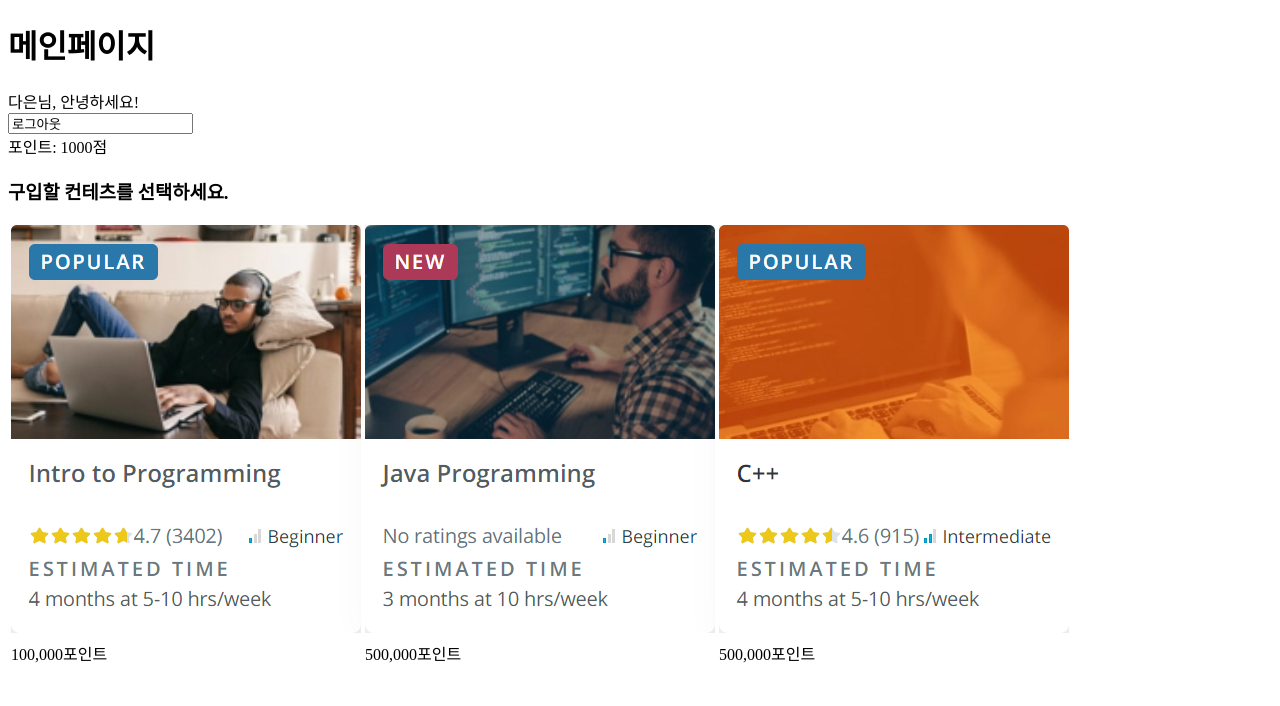
Repository: euniiee/test11
Page: http://localhost/Project/main.jsp
An editor plug-in stored every save of this project. The page is shown before and after the next save, followed by the edit.
The browser window is 1280 px wide. The pictures show the whole page.
The page is served by Tomcat 9. Other server files are loaded and not shown.

Above is the page before, as saved 2023-02-01 02:19:43.

### Project/WebContent/main.jsp
<%@ page language="java" contentType="text/html; charset=UTF-8"
    pageEncoding="UTF-8"%>
<!DOCTYPE html>
<html>
<head>
<meta charset="UTF-8">
<title>Insert title here</title>
</head>
<body>
<div>
	<header>
		<h1>메인페이지</h1>
		<div>
			<div>
				<div>다은님, 안녕하세요!</div>
				<input value="로그아웃">
			</div>
			<div>포인트: 1000점 </div>
		</div>
	</header>
	<h3>구입할 컨테츠를 선택하세요.</h3>
	<table>
		<tr>
			<td><img src="Intro_350_408.png"></td>
			<td><img src="Java_350_408.png"></td>
			<td><img src="Cpp_350_408.png"></td>
		</tr>
		<tr>
			<td>100,000포인트</td>
			<td>500,000포인트</td>
			<td>500,000포인트</td>
		</tr>
	</table>
</div>
</body>
</html>

After the next save:
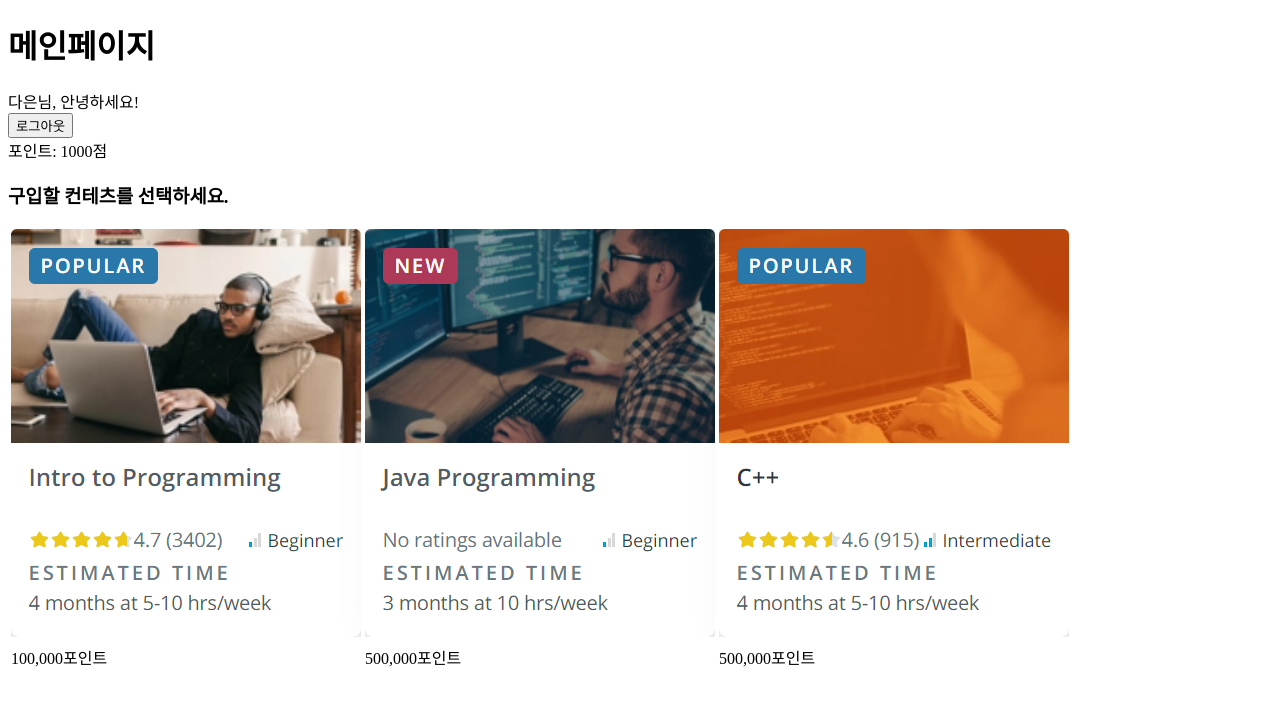
Saved 21 s later.
--- a/Project/WebContent/main.jsp
+++ b/Project/WebContent/main.jsp
@@ -13,7 +13,7 @@
 		<div>
 			<div>
 				<div>다은님, 안녕하세요!</div>
-				<input value="로그아웃">
+				<input type="submit" value="로그아웃">
 			</div>
 			<div>포인트: 1000점 </div>
 		</div>
